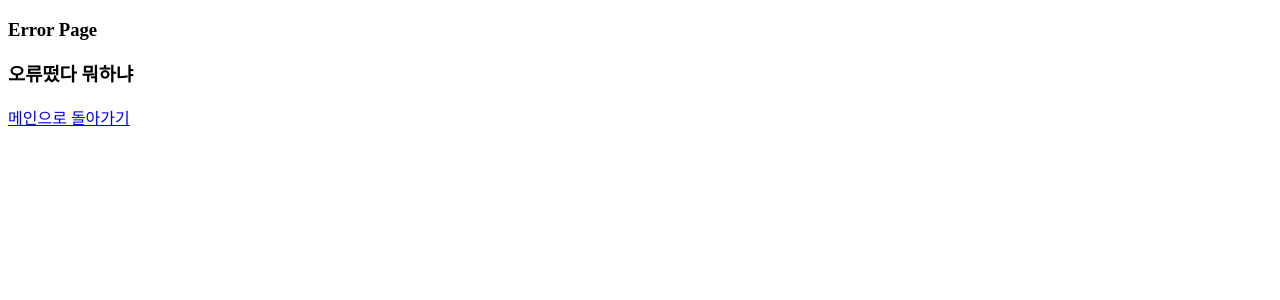
Repository: gitgw016/jsp
Page: http://localhost/07_directive_tag/page_04_error.jsp
These files come from the project's save history. The page is drawn as it stood at one moment and after the next save; the edit follows.
The browser window is 1280 px wide. The pictures show the whole page.
The page is served by Tomcat 9.

Above is the page before, as saved 2021-12-08 05:02:39.

After the next save:
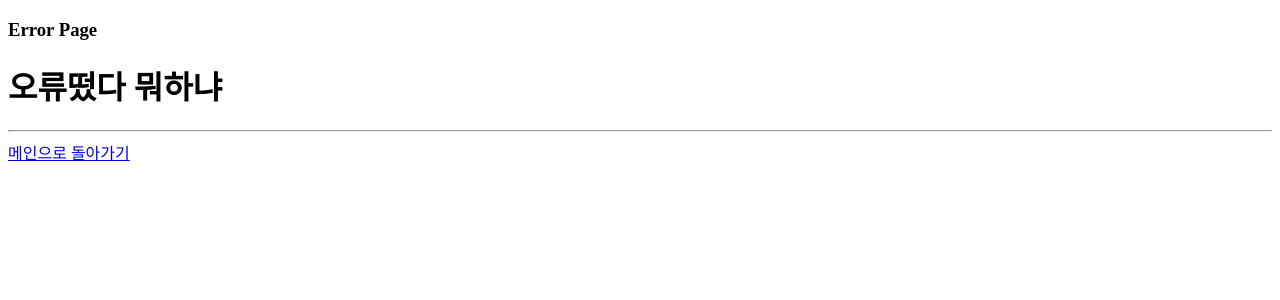
Saved 10 s later.
--- a/07_directive_tag/src/main/webapp/page_error.jsp
+++ b/07_directive_tag/src/main/webapp/page_error.jsp
@@ -8,7 +8,8 @@
 </head>
 <body>
 	<h3>Error Page</h3>
-	<h3>오류떴다 뭐하냐</h3>
+	<h1>오류떴다 뭐하냐</h1>
+	<hr/>
 	<a href="index.jsp">메인으로 돌아가기</a>
 </body>
 </html>
